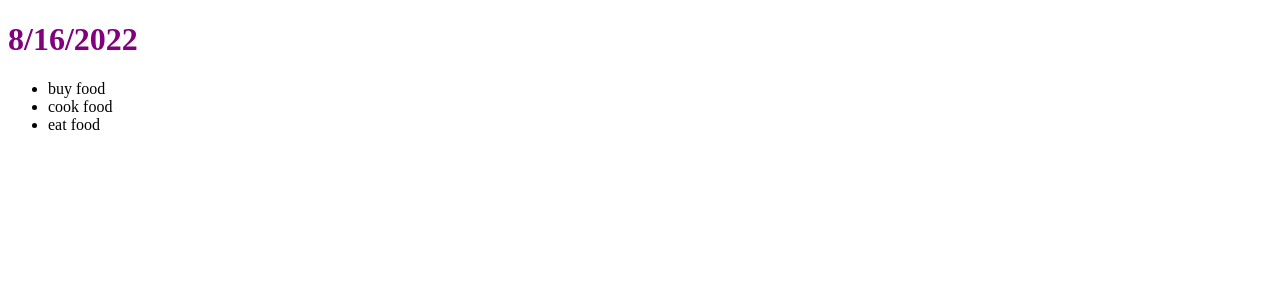
Repository: leyvamn2/todolist
Page: http://localhost/
An editor plug-in stored every save of this project. The page is shown before and after the next save, followed by the edit.
The browser window is 1280 px wide. The pictures show the whole page.
The page is served by the project's Node server (app.js).

Above is the page before, as saved 2022-08-18 19:06:58.

### views/list.ejs
<!DOCTYPE html>
<html lang="eng" dir="ltr">
    <head>
        <meta charset="utf-8">
        <title>To do List</title>
    </head>
    <body>

        <h1 style="color:purple"><%=kindOfDay %> </h1>
        <ul>
            <li>buy food</li>
            <li>cook food</li>
            <li>eat food </li>
        </ul>

    </body>
</html>

### app.js
//jshin esversion:7
const express=require("express");
const bodyParser= require("body-parser");



const app= express();
var days=["Sunday","Monday","Tuesday","Wednesday","Thursday","Friday","Saturday"]

app.set("view engine","ejs");
app.get("/",function(req,res){

    var today=new Date();
    var options={
        weekday:"long",
        day:"numeric",
        month: "long"
    };
    var currentDay=today.getDay();

    var day=today.toLocaleDateString("en-US");
    if(currentDay===6 || currentDay===0){
        //res.render('index'); sirve para eviar un archivo html

    }
    else{
        //day="weekday";
        //res.sendFile(__dirname + "/weekday.html");
        //console.log(__dirname + "/index.html");
        //res.write("<p>I have to work!</p>"); enviar varios textos
        //res.send(); esto sirve para crear directamente html
    }

    //day=days[currentDay];
   res.render("list.ejs", { kindOfDay:day});
});

app.listen(3001,function(){
    console.log("Server on port 3000");

});

After the next save:
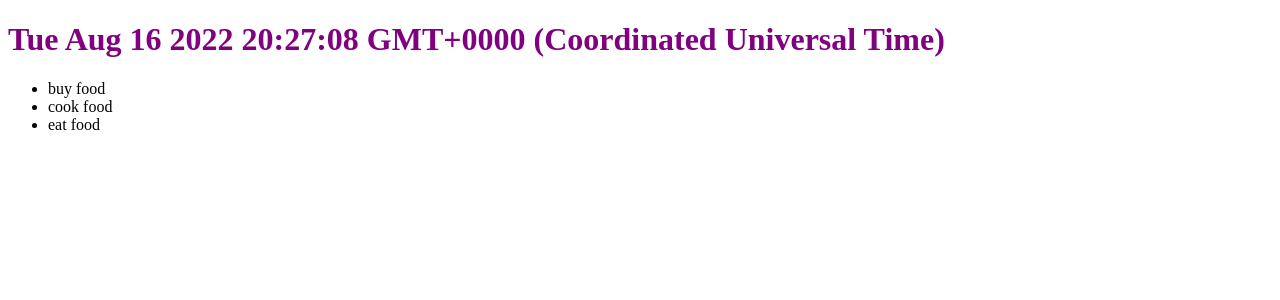
Saved 29 s later.
--- a/app.js
+++ b/app.js
@@ -32,7 +32,7 @@
     }
 
     //day=days[currentDay];
-   res.render("list.ejs", { kindOfDay:day});
+   res.render("list.ejs", { kindOfDay:today});
 });
 
 app.listen(3001,function(){

After the save that followed:
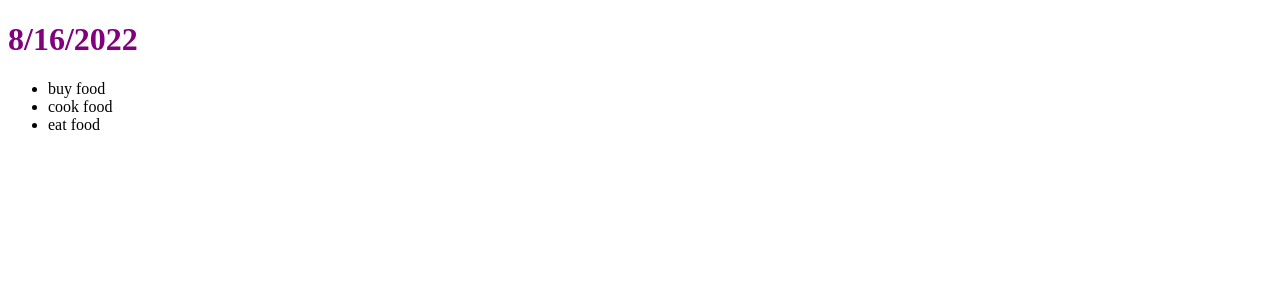
Saved 22 s later.
--- a/app.js
+++ b/app.js
@@ -32,7 +32,7 @@
     }
 
     //day=days[currentDay];
-   res.render("list.ejs", { kindOfDay:today});
+   res.render("list.ejs", { kindOfDay:day});
 });
 
 app.listen(3001,function(){
